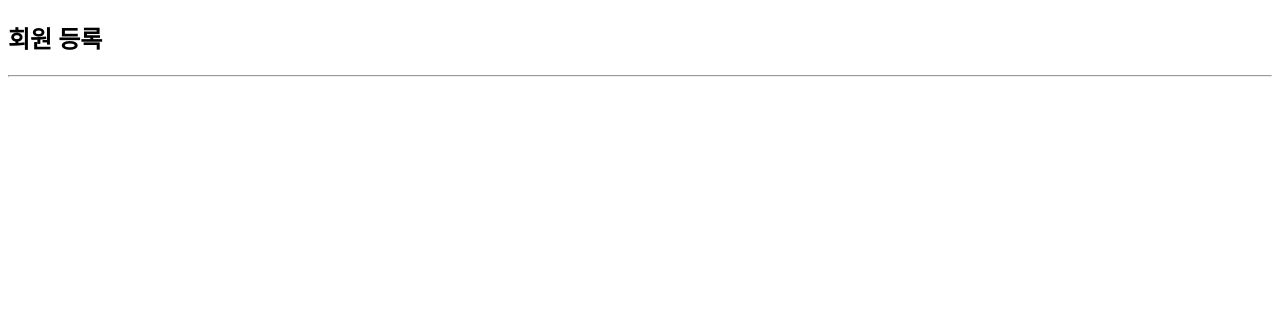
Repository: chuni90/bigdata
Page: http://localhost/tutorial_04/view/add_member.jsp
These files come from the project's save history. The page is drawn as it stood at one moment and after a run of saves; the edit follows.
The browser window is 1280 px wide. The pictures show the whole page.
The page is served by Tomcat 9.

Above is the page before, as saved 2019-09-24 08:16:08.

After the next 3 saves:
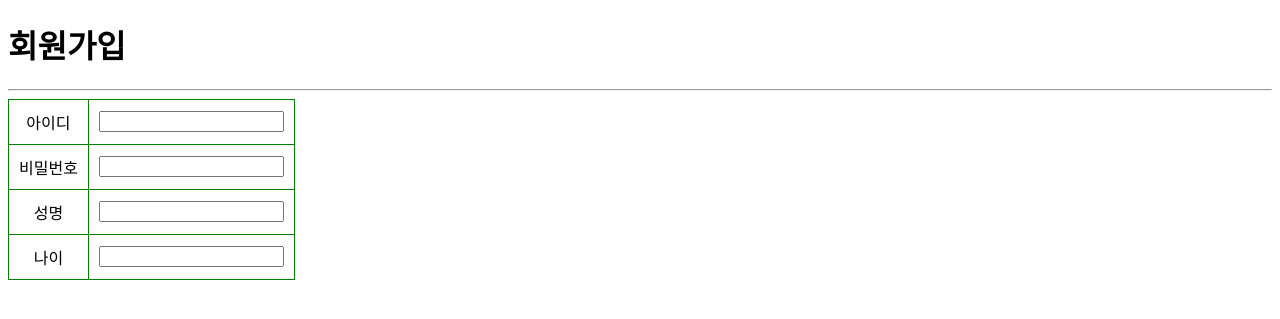
The 3 saves are shown as one change because 2 did not build or start.
The last was saved 4 min 2 s later.
--- a/2. Java DB/Oracle/tutorial_04/WebContent/view/add_member.jsp
+++ b/2. Java DB/Oracle/tutorial_04/WebContent/view/add_member.jsp
@@ -1,18 +1,55 @@
-<%@ page import="mms.model.MemberDTO"%>
-<%@ page import="java.util.ArrayList"%>
 <%@ page language="java" contentType="text/html; charset=UTF-8"
     pageEncoding="UTF-8"%>
-
-
 <!DOCTYPE html PUBLIC "-//W3C//DTD HTML 4.01 Transitional//EN" "http://www.w3.org/TR/html4/loose.dtd">
 <html>
 	<head>
 		<meta http-equiv="Content-Type" content="text/html; charset=UTF-8">
-		<title>회원 등록</title>
+		<title>회원가입</title>
+
+		<style type="text/css">
+			table{
+				border-collapse: collapse;
+			}
+
+			table, tr, td{
+				border : 1px solid green;
+			}
+
+			tr, td{
+				padding: 10px;
+				text-align: center;
+			}
+
+			tr:hover {
+				background-color: #f5f5f5;
+			}
+
+		</style>
 	</head>
 	<body>
-		<h2>회원 등록</h2><hr>
+		<h1>회원가입</h1><hr>
+		<form method="post">
+			<table>
+				<tr>
+					<td>아이디</td>
+					<td><input type="text" name="id"/></td>
+				</tr>
+				<tr>
+					<td>비밀번호</td>
+					<td><input type="password" name="pass"/></td>
+				</tr>
+				<tr>
+					<td>성명</td>
+					<td><input type="text" name="name"/></td>
+				</tr>
+				<tr>
+					<td>나이</td>
+					<td><input type="number" name="age" min="18"></td>
+				</tr>
 
+			</table>
+
+		</form>
 
 	</body>
 </html>
